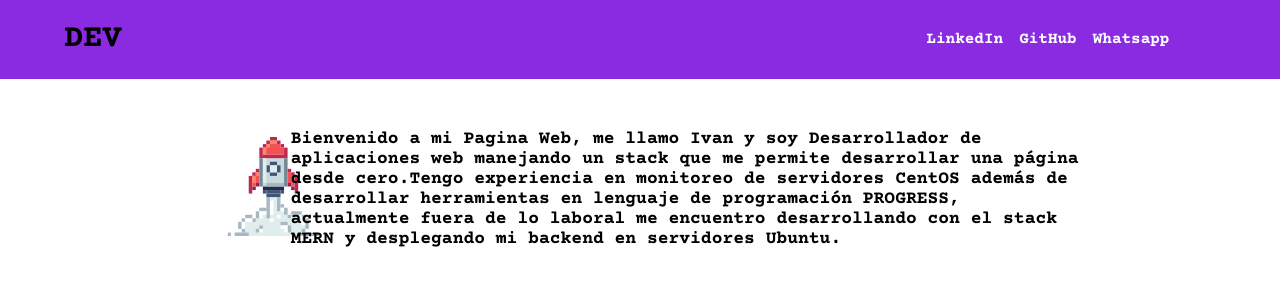
Repository: FxIvan/myweb
Page: /
These files come from the project's save history. The page is drawn as it stood at one moment and after the next save; the edit follows.
The browser window is 1280 px wide. The pictures show the whole page.
The project was rebuilt for these pictures with package versions that can differ from the ones it lists, and the page was loaded fresh each time.

Above is the page before, as saved 2022-11-03 11:09:53.

### public/index.html
<!DOCTYPE html>
<html lang="en">
  <head>
    <meta charset="utf-8" />
    <link rel="icon" href="%PUBLIC_URL%/favicon.ico" />
    <meta name="viewport" content="width=device-width, initial-scale=1" />
    <meta name="theme-color" content="#000000" />
    <meta
      name="description"
      content="Web site created using create-react-app"
    />
    <link rel="apple-touch-icon" href="%PUBLIC_URL%/logo192.png" />
    <!--
      manifest.json provides metadata used when your web app is installed on a
      user's mobile device or desktop. See https://developers.google.com/web/fundamentals/web-app-manifest/
    -->
    <link rel="manifest" href="%PUBLIC_URL%/manifest.json" />
    <!--
      Notice the use of %PUBLIC_URL% in the tags above.
      It will be replaced with the URL of the `public` folder during the build.
      Only files inside the `public` folder can be referenced from the HTML.

      Unlike "/favicon.ico" or "favicon.ico", "%PUBLIC_URL%/favicon.ico" will
      work correctly both with client-side routing and a non-root public URL.
      Learn how to configure a non-root public URL by running `npm run build`.
    -->
    <title>My Web |Almendra Ivan 2022</title>
    <!--FONTS GOOGLE-->
    <link rel="preconnect" href="https://fonts.googleapis.com">
    <link rel="preconnect" href="https://fonts.gstatic.com" crossorigin>
    <link href="https://fonts.googleapis.com/css2?family=Courier+Prime:wght@700&display=swap" rel="stylesheet">
  </head>
  <body>
    <noscript>You need to enable JavaScript to run this app.</noscript>
    <div id="root"></div>
    <!--
      This HTML file is a template.
      If you open it directly in the browser, you will see an empty page.

      You can add webfonts, meta tags, or analytics to this file.
      The build step will place the bundled scripts into the <body> tag.

      To begin the development, run `npm start` or `yarn start`.
      To create a production bundle, use `npm run build` or `yarn build`.
    -->
  </body>
</html>

### src/index.js
import React from 'react';
import ReactDOM from 'react-dom/client';
import './index.css';
import App from './App';
import reportWebVitals from './reportWebVitals';
import { BrowserRouter } from 'react-router-dom';


const root = ReactDOM.createRoot(document.getElementById('root'));
root.render(
  <React.StrictMode>
    <App />
  </React.StrictMode>
);

// If you want to start measuring performance in your app, pass a function
// to log results (for example: reportWebVitals(console.log))
// or send to an analytics endpoint. Learn more: https://bit.ly/CRA-vitals
reportWebVitals();

### src/App.js
import { Routes, Route, HashRouter} from "react-router-dom";
import { Header } from "./component/header/header";

function App() {
  return (
    <HashRouter>
    <Routes>
        <Route path="/" element={<Header/>} />
    </Routes>
    </HashRouter>
  );
}

export default App;

### src/component/header/header.js
import React from 'react'
import '../css/header.css'
import { Section1 } from '../section1/section1'


export const Header = () =>{
    return(
        <div>
        <header>
            <div className='container-header'>
                <div className='subcontainer-header'>
                    <div className='container-header-logo'>
                        <h1>DEV</h1>
                    </div>
                    <div className='container-header-link'>
                        <ul>
                            <li><a href='https://www.linkedin.com/in/devalmendra/' target='_blanck'>LinkedIn</a></li>
                            <li><a href='https://github.com/FxIvan' target='_blanck'>GitHub</a></li>
                            <li><a href='https://api.whatsapp.com/send/?phone=541136887781&text&type=phone_number&app_absent=0' target='_blanck'>Whatsapp</a></li>
                        </ul>
                    </div>
                </div>
            </div>
        </header>
        <section>
            <div>
                <Section1/>
            </div>
        </section>
        </div>
    )
}

### src/component/css/header.css
@media only screen and (min-width: 701px) {
*{
    font-family: 'Courier Prime', monospace;
}

header{
    background-color: blueviolet;
}

.container-header{
    margin: auto;
}

.subcontainer-header{
    display: flex;
    width: 90%;
    margin: auto;
    align-items: center;
}

.container-header-logo{
    width: 70%;
}
.container-header-link{
    width: 30%;
}
.container-header-link ul, a{
    display: flex;
    text-decoration: none;
    list-style: none;
    font-family: 'Courier Prime', monospace;
    font-weight: bolder;
    font-size: 16px;
    color: white;
}

.container-header-link ul li{
    margin-left: 1rem;
}

.container-presentacion{
    width: 70%;
    margin: auto;
    margin-top: 2rem;
    align-items: center;
    display: flex;
}

.presentacion-img{

}

.pesentacion-img img{
    width: 100%;
    margin-left: 2rem;
}

.presentacion-text p{
    font-size: 18px;
}
}

@media only screen and (max-width: 700px) {
    *{
        font-family: 'Courier Prime', monospace;
    }

    header{
        background-color: blueviolet;
    }

    .container-header{
        width: 90%;
        margin: auto;
    }

    .subcontainer-header{
        display: flex;
    }

    .container-header-logo{
       width: 50%;
    }
    .container-header-link{
       width: 40%;
    }
    .container-header-link ul, a{
        list-style: none;
        text-decoration: none;
    }

    .container-header-link ul li{

    }

    .container-presentacion{
        width: 100%;
        text-align: center;
        margin-top: 1rem;
    }

    .pesentacion-img{
        width: 30%;
        margin: auto;
    }
    .pesentacion-img img{
        width: 100%;
    }

    .presentacion-text{
        width: 100%;
    }
    .presentacion-text p{
      font-size: 12px;
      width: 100%;
    }
}

### src/component/section1/section1.js
import React from 'react'
import cohete from '../../media/img/coheteSection.svg'


export const Section1 = () =>{
    return(
        <div>
            <div className='container-presentacion'>
                <div className='pesentacion-img'>
                    <img src={cohete}/>
                </div>
                <div className='presentacion-text'>
                    <div>
                        <p>Bienvenido a mi Pagina Web, me llamo Ivan y soy Desarrollador de aplicaciones web manejando un stack que me permite desarrollar una página desde cero.Tengo experiencia en monitoreo de servidores CentOS además de desarrollar herramientas en lenguaje de programación PROGRESS, actualmente fuera de lo laboral me encuentro desarrollando con el stack MERN y desplegando mi backend en servidores Ubuntu. </p>
                    </div>
                </div>
            </div>
        </div>
    )
}

Loaded but not shown: src/index.css (common file); src/reportWebVitals.js (common file)

After the next save:
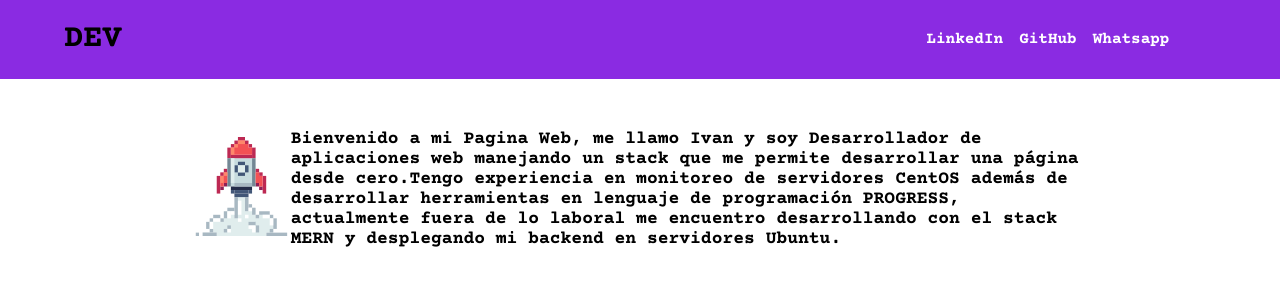
Saved 7 s later.
--- a/src/component/css/header.css
+++ b/src/component/css/header.css
@@ -52,7 +52,7 @@
 
 .pesentacion-img img{
     width: 100%;
-    margin-left: 2rem;
+    margin-right: 2rem;
 }
 
 .presentacion-text p{
